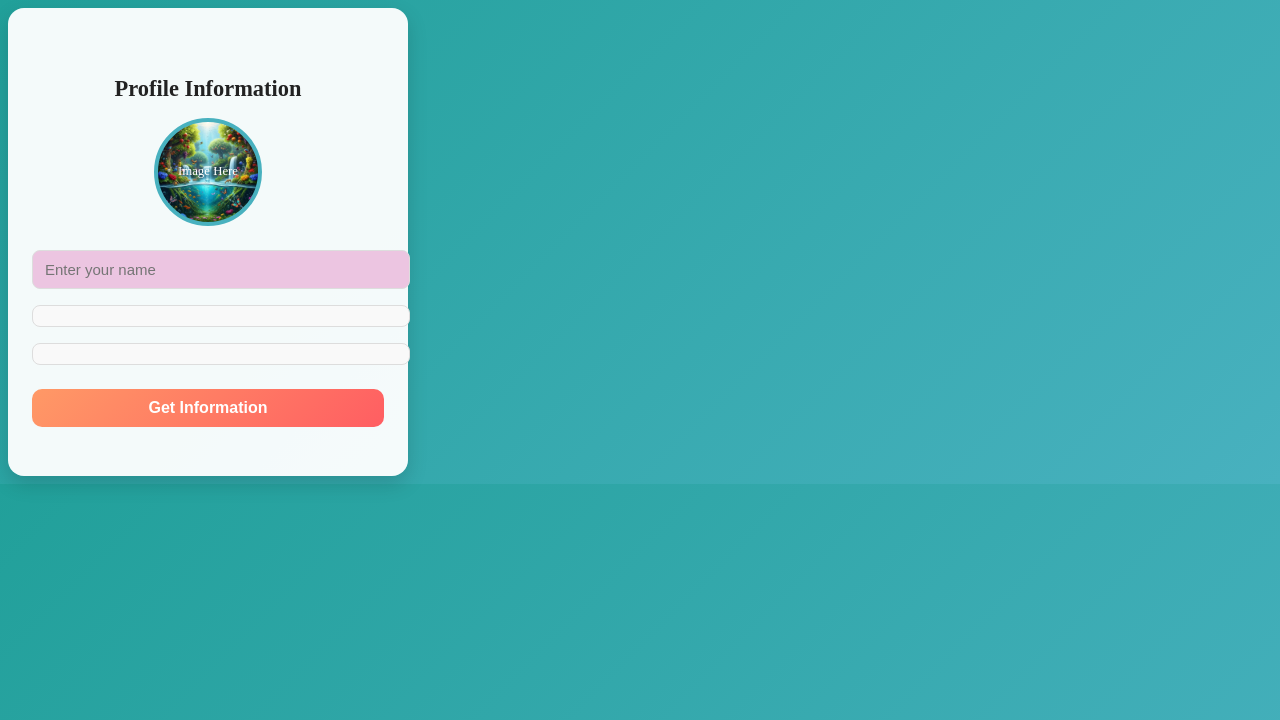
Repository: Amani-Kibet/express-app-web
Page: pages/contents/profile.html
An editor plug-in stored every save of this project. The page is shown before and after the next save, followed by the edit.
The browser window is 1280 px wide. The pictures show the whole page.

Above is the page before, as saved 2025-09-28 17:05:19.

### pages/contents/profile.html
<!DOCTYPE html>
<head>
    <title>Profile Page</title>
    <style>
        body {
            background: linear-gradient(135deg, #21a09aff, #48b1bf);
        }

        /* Container */
        #container {
            background: rgba(255, 255, 255, 0.95);
            padding: 1.5rem;
            border-radius: 16px;
            box-shadow: 0 8px 20px rgba(0, 0, 0, 0.15);
            text-align: center;

            /* responsive sizing */
            width: 90%;
            max-width: 400px;   /* fits nicely on phones & tablets */
            height: auto;       /* no fixed height */
        }#container {
            background: rgba(255, 255, 255, 0.95);
            border-radius: 16px;
            text-align: center;
            width: 80%;
            height: 65vh;
            box-sizing: border-box;
            display: flex;
            flex-direction: column;
            justify-content: center;
        }


        /* Heading */
        #container h2 {
            margin-bottom: 1rem;
            color: #222;
            font-size: 1.4rem;
        }

        /* Profile Image */
        #image {
            background: url(/pictures/profilePic.jpg) center/cover no-repeat;
            width: 100px;
            height: 100px;
            margin: 0 auto 1rem auto;
            border-radius: 50%;
            border: 4px solid #48b1bf;
            display: flex;
            justify-content: center;
            align-items: center;
            color: white;
            font-size: 0.8rem;
        }

        /* Input */
        .labels {
            display: block;
            width: 100%;
            padding: 10px 12px;
            margin: 0.5rem 0;
            border: 1px solid #ddd;
            border-radius: 8px;
            font-size: 1rem;
            outline: none;
            background: #f9f9f9;
        }

        .labels:focus {
            border-color: #48b1bf;
            background: #fff;
        }

        /* Button */
        #btn1 {
            background: linear-gradient(135deg, #ff9966, #ff5e62);
            color: white;
            font-size: 1rem;
            font-weight: bold;
            padding: 10px 18px;
            border: none;
            border-radius: 10px;
            margin-top: 1rem;
            cursor: pointer;
            width: 100%;   /* button fits phone screens */
        }

        /* Small screens */
        @media (max-width: 480px) {
            #container {
                padding: 1rem;
            }
            #container h2 {
                font-size: 1.2rem;
            }
            #image {
                width: 80px;
                height: 80px;
            }
        }

    </style>
</head>
<body>
    <div id="container">
        <h2>Profile Information</h2>
        <div id="image">Image Here</div>
        <input type="text" id="nameT" class="labels" placeholder="Enter your name" style="font-size: 15px; background: #ecc5e1; color: rgb(0, 38, 255)">
        <p id="phoneT" class="labels"></p>
        <p id="passT" class="labels"></p>
        <button id="btn1" onclick="getInfo()">Get Information</button>
    </div>
</body>
<script>
let phoneV= document.getElementById("phoneV");
let passV= document.getElementById("passV");

function getInfo(){
let nameT= document.getElementById("nameT").value;
fetch("/path3", {
    method: "POST",
    headers: {"Content-Type": "application/json"},
    body: JSON.stringify({name: `${nameT}`})
})
.then(type=> type.json())
.then(data=>{
    let info= data.arr[0]
    phoneT.innerHTML="Phone Number: ";
    passT.innerHTML="Password: ";
    phoneT.innerHTML+= `  ${info.phone}`;
    passT.innerHTML+= `  ${info.password}`;
})
}
</script>
</html>

After the next save:
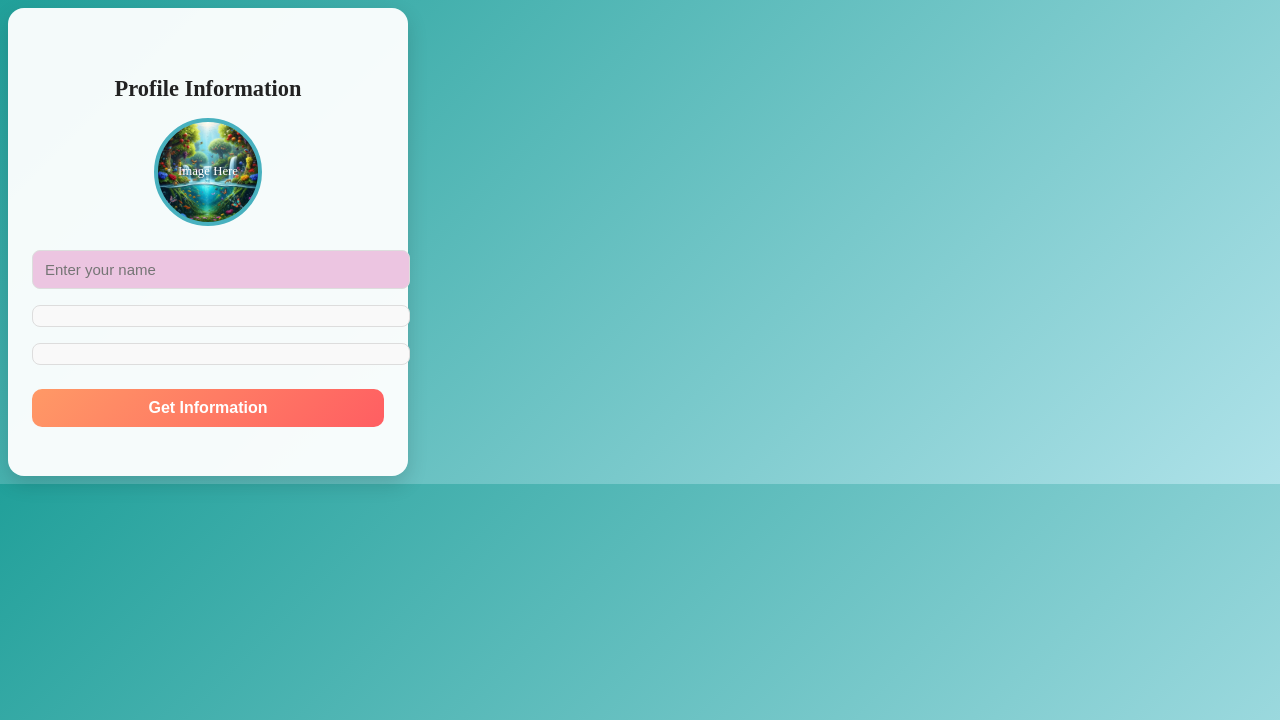
Saved 10 s later.
--- a/pages/contents/profile.html
+++ b/pages/contents/profile.html
@@ -3,7 +3,7 @@
     <title>Profile Page</title>
     <style>
         body {
-            background: linear-gradient(135deg, #21a09aff, #48b1bf);
+            background: linear-gradient(135deg, #21a09aff, #afe2e9ff);
         }
 
         /* Container */
